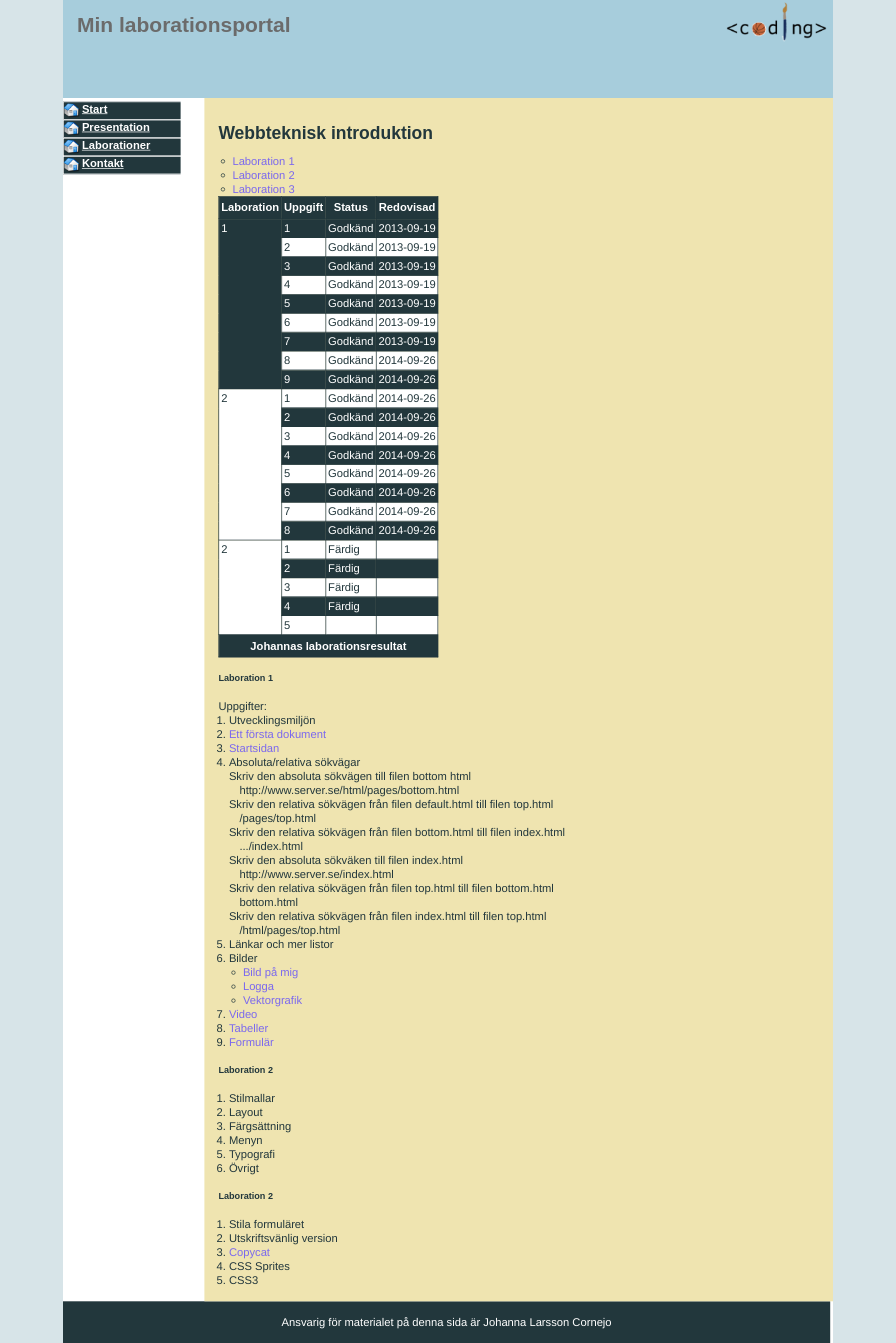
Repository: jc222fi/1ik415-laborationer
Page: pages/laborationer.html
The author's editor kept a record of every edit. The page is drawn from the files as they stood at one moment, then again after the next edit.
The browser window is 1280 px wide. The pictures show the whole page, at 70% of full size.

Above is the page before.

### pages/laborationer.html
<!doctype html>
<html>
    <head>
        <meta charset="utf-8" />
        <meta name="viewport" content="width=device-width, initial-scale=1.0" />
        <title>Laborationer</title>
        <!-- Screen > 480px -->
        <link rel="stylesheet" media="screen and (min-width: 481px)" href="../css/style.css" />
        <!-- Smartphones <= 480px -->
        <link rel="stylesheet" media="only screen and (max-width: 480px)" href="../css/smartphone.css" />
        <link rel="stylesheet" media="print" href="../css/print.css" />
    </head>
    <body>
    <div id="container">
        <div id="header">
            <header>
                <h1 id="laborationer">Min laborationsportal</h1>
            </header>
        </div>
        <div id="nav">
            <ul>
                <li><a href="../index.html" id="index">Start</a></li>
                <li><a href="presentation.html" id="pres">Presentation</a></li>
                <li><a href="#laborationer" class="active" id="lab">Laborationer</a></li>
                <li><a href="kontakt.html" id="kontakt">Kontakt</a></li>
            </ul>
        </div>
        <div id="content">
        <h2>Webbteknisk introduktion</h2>
        <ul class="laborationer" id="tabell">
            <li><a href="#lab1">Laboration 1</a></li>
            <li><a href="#lab2">Laboration 2</a></li>
            <li><a href="#lab3">Laboration 3</a></li>
        </ul>
        <table>
            <thead id="table">
                <tr>
                    <th>Laboration</th>
                    <th>Uppgift</th>
                    <th>Status</th>
                    <th>Redovisad</th>
                </tr>
            </thead>
            <tfoot>
                <tr>
                    <td colspan="4">Johannas laborationsresultat</td>
                </tr>
            </tfoot>
            <tbody>
                <tr>
                    <td rowspan="9">1</td>
                    <td>1</td>
                    <td>Godkänd</td>
                    <td>2013-09-19</td>
                </tr>
                <tr>
                    <td>2</td>
                    <td>Godkänd</td>
                    <td>2013-09-19</td>
                </tr>
                <tr>
                    <td>3</td>
                    <td>Godkänd</td>
                    <td>2013-09-19</td>
                </tr>
                <tr>
                    <td>4</td>
                    <td>Godkänd</td>
                    <td>2013-09-19</td>
                </tr>
                <tr>
                    <td>5</td>
                    <td>Godkänd</td>
                    <td>2013-09-19</td>
                </tr>
                <tr>
                    <td>6</td>
                    <td>Godkänd</td>
                    <td>2013-09-19</td>
                </tr>
                <tr>
                    <td>7</td>
                    <td>Godkänd</td>
                    <td>2013-09-19</td>
                </tr>
                <tr>
                    <td>8</td>
                    <td>Godkänd</td>
                    <td>2014-09-26</td>
                </tr>
                <tr>
                    <td>9</td>
                    <td>Godkänd</td>
                    <td>2014-09-26</td>
                </tr>
                <tr>
                    <td rowspan="8">2</td>
                    <td>1</td>
                    <td>Godkänd</td>
                    <td>2014-09-26</td>
                </tr>
                <tr>
                    <td>2</td>
                    <td>Godkänd</td>
                    <td>2014-09-26</td>
                </tr>
                <tr>
                    <td>3</td>
                    <td>Godkänd</td>
                    <td>2014-09-26</td>
                </tr>
                <tr>
                    <td>4</td>
                    <td>Godkänd</td>
                    <td>2014-09-26</td>
                </tr>
                <tr>
                    <td>5</td>
                    <td>Godkänd</td>
                    <td>2014-09-26</td>
                </tr>
                <tr>
                    <td>6</td>
                    <td>Godkänd</td>
                    <td>2014-09-26</td>
                </tr>
                <tr>
                    <td>7</td>
                    <td>Godkänd</td>
                    <td>2014-09-26</td>
                </tr>
                <tr>
                    <td>8</td>
                    <td>Godkänd</td>
                    <td>2014-09-26</td>
                </tr>
                <tr>
                    <td rowspan="5">2</td>
                    <td>1</td>
                    <td>Färdig</td>
                    <td></td>
                </tr>
                <tr>
                    <td>2</td>
                    <td>Färdig</td>
                    <td></td>
                </tr>
                <tr>
                    <td>3</td>
                    <td>Färdig</td>
                    <td></td>
                </tr>
                <tr>
                    <td>4</td>
                    <td>Färdig</td>
                    <td></td>
                </tr>
                <tr>
                    <td>5</td>
                    <td></td>
                    <td></td>
                </tr>
            </tbody>
        </table>
        <h3 id="lab1">Laboration 1</h3>
        <p>Uppgifter:</p>
        <ol>
            <li>Utvecklingsmiljön</li>
            <li><a href="presentation.html">Ett första dokument</a></li>
            <li><a href="../index.html">Startsidan</a></li>
            <li>Absoluta/relativa sökvägar<dl>
                    <dt>Skriv den absoluta sökvägen till filen bottom html</dt>
                    <dd>http://www.server.se/html/pages/bottom.html</dd>
                    <dt>Skriv den relativa sökvägen från filen default.html till filen top.html</dt>
                    <dd>/pages/top.html</dd>
                    <dt>Skriv den relativa sökvägen från filen bottom.html till filen index.html</dt>
                    <dd>.../index.html</dd>
                    <dt>Skriv den absoluta sökväken till filen index.html</dt>
                    <dd>http://www.server.se/index.html</dd>
                    <dt>Skriv den relativa sökvägen från filen top.html till filen bottom.html</dt>
                    <dd>bottom.html</dd>
                    <dt>Skriv den relativa sökvägen från filen index.html till filen top.html</dt>
                    <dd>/html/pages/top.html</dd>
                </dl></li>
            <li>Länkar och mer listor</li>
            <li>Bilder
                <ul class="laborationer">
                    <li><a href="presentation.html#jag.jpg">Bild på mig</a></li>
                    <li><a href="../pics/logo.png">Logga</a></li>
                    <li><a href="../index.html#vektorbild">Vektorgrafik</a></li>
                </ul>
            </li>

            <li><a href="../index.html#video">Video</a></li>
            <li><a href="#tabell">Tabeller</a></li>
            <li><a href="kontakt.html">Formulär</a></li>
        </ol>
        <h3 id="lab2">Laboration 2</h3>
        <ol>
            <li>Stilmallar</li>
            <li>Layout</li>
            <li>Färgsättning</li>
            <li>Menyn</li>
            <li>Typografi</li>
            <li>Övrigt</li>
        </ol>
        <h3 id="lab2">Laboration 2</h3>
        <ol>
            <li>Stila formuläret</li>
            <li>Utskriftsvänlig version</li>
            <li><a href="https://preview.c9.io/jc222fi/uppgift-3-3/index.html?_c9_id=livepreview0&_c9_host=https://ide.c9.io#">Copycat</a></li>
            <li>CSS Sprites</li>
            <li>CSS3</li>
        </ol>
        </div>
        <div id="footer">
            <footer>
                <p>Ansvarig för materialet på denna sida är Johanna Larsson Cornejo</p>
            </footer>
        </div>
    </div>
    </body>
</html>

### css/style.css
/* http://meyerweb.com/eric/tools/css/reset/
   v2.0 | 20110126
   License: none (public domain)
*/

html, body, div, span, applet, object, iframe,
h1, h2, h3, h4, h5, h6, p, blockquote, pre,
a, abbr, acronym, address, big, cite, code,
del, dfn, em, img, ins, kbd, q, s, samp,
small, strike, strong, sub, sup, tt, var,
b, u, i, center,
dl, dt, dd, ol, ul, li,
fieldset, form, label, legend,
table, caption, tbody, tfoot, thead, tr, th, td,
article, aside, canvas, details, embed,
figure, figcaption, footer, header, hgroup,
menu, nav, output, ruby, section, summary,
time, mark, audio, video {
	margin: 0;
	padding: 0;
	border: 0;
	font-size: 100%;
	font: inherit;
	vertical-align: baseline;
}/*Layout*/
#container{
	width:1100px;
	max-width:100%;
	margin:0 auto;
}
#header{
	height:100px;
}
#nav{
   float:left;
   width:168px;
   max-width:18%;
	margin-top:5px;
}
#content{
	float:right;
	width:920px;
	max-width:78%;
}
#footer{
	clear:both;
	max-width:96%;
	width:1100px;
	padding:20px;
}

/*
Background body:#D7E4E8
Background container: #FFFFFF
Background header: #A7CDDC
Background nav: #381B43
Background content: #EFE4B0
Background footer:#22373C
Text colour: #22373C
*/

body{
	background-color:#D7E4E8;

}
#container{
	background-color:#FFFFFF;
}
#header{
	background-color:#A7CDDC;
	color:#6B6B6B;
	background-image:url("pics/logo.png");
	background-position:right top;
	background-repeat:no-repeat;
	font-family:Arial, Gadget, sans-serif;
	font-size:30px;
	font-weight:bolder;
	padding:20px;
}

	/*h1{
		color:#6B6B6B;
		font-family:Arial, Gadget, sans-serif;
		font-size:30px;
		font-weight:bolder;
		padding-bottom:20px;
	}*/
#nav{
	background-color:#22373C;
}
	#nav a{
		display:block;
		width:100%;
		height:24px;
		border:1px solid white;
		background-image:url(pics/sprite.png);
		background-repeat:no-repeat;
		text-indent:26px;
		color:white;
	}
	#index a:link{background-position:0 -48px;text-decoration:none;}
	#index a:hover{background-position:0 0;background-color:white;text-decoration:underline;color:black;}
	#index a.active{background-position:0 0;background-color:white;text-decoration:underline;color:black;}

	#pres a:link{background-position:0 -240px;text-decoration:none;}
	#pres a:hover{background-position:0 -192px;background-color:white;text-decoration:underline;color:black;}
	#pres a.active{background-position:0 -192px;background-color:white;text-decoration:underline;color:black;}

	#lab a:link{background-position:0 -144px;text-decoration:none;}
	#lab a:hover{background-position:0 -96px;background-color:white;text-decoration:underline;color:black;}
	#lab a.active{background-position:0 -96px;background-color:white;text-decoration:underline;color:black;}

	#kontakt a:link{background-position:0 -336px;text-decoration:none;}
	#kontakt a:hover{background-position:0 -288px;background-color:white;text-decoration:underline;color:black;}
	#kontakt a.active{background-position:0 -288px;background-color:white;text-decoration:underline;color:black;}
	#nav li{
		font-family:Arial, Gadget, sans-serif;
		font-weight:bolder;
	}
		/*Länkar i menyn*/
		/*#nav a:link{background-color:#381B43; text-decoration:none;}
		#nav a:visited{background-color:#7F7F7F;text-decoration:none;}
		#nav a:focus{background-color:white;text-decoration:underline;color:black;}
		#nav a:hover{background-color:white;text-decoration:underline;color:black;}
		#nav a.active{background-color:#22373C;text-decoration:none;}
		#nav li{
		   font-family:Arial, Gadget, sans-serif;
			font-weight:bolder;
		}*/

#content{
	padding:20px;
	background-color:#EFE4B0;
	color:#22373C;
}
	/*Text och stil på mina rubriker*/
	h2, h3, h4, legend{
		font-family:Arial, Gadget, sans-serif;
		font-weight:bold;
		line-height:60px;
	}
		h2{
			font-size:25px;
		}
		h3, h4{
			font-size:small;
		}
	/*Mer övergripande text och stil*/
	#strong, p, li, table, dl, form{
		font-family:Helvetica, Verdana, sans-serif;
		line-height:20px;
	}
	p p{
		margin-top:50px;
	}
	img, video{
		max-width:100%;
	}
	img.right, video.right{
		float:right;
	}
	#strong{
		font-style:italic;
	}
	/*Överskrift och signatur på mina blogginlägg*/
	.post, p em{
		font-family:"Comic Sans MS", cursive, sans-serif;
	}
		/*Bild lånad från http://www.skolbilder.com/Malarbild-blaeckpenna-i19373.html som uttryckligen
		säger att samtliga bilder får användas i privat, edukativt, icke-kommersiellt syfte*/
		#content h2.post{
			background-image:url("pics/bleckpenna.png");
			background-position:left top;
			background-repeat:no-repeat;
			text-indent:50px;
		}
	/*Signatur på mina blogginlägg*/
	p em{
		font-style:italic;
		color:#8B4513;
	}
	/*Tabell*/
	table, th, td{
		border:1px solid #22373C;
		padding:3px;
	}
	thead, tfoot{
		font-family:Arial, Gadget, sans-serif;
		font-weight:bold;
		line-height:25px;
		text-align:center;
	}
		tr:nth-of-type(odd){
			background-color:#22373C;
			color:white;
		}
		tr:nth-of-type(even){
			background-color:white;
		}
	/*Övriga länkar som inte är del av menyn*/
	#content a:link{color:#7B68EE; text-decoration:none;}
	#content a:visited{color:#8B0000; text-decoration:none;}
	#content a:focus{color:#778899; text-decoration:underline;}
	#content a:hover{color:#778899; text-decoration:underline;}
	#content a:active{color:white; text-decoration:none;}
	/*Formulär*/
	fieldset{
		border:1px solid #22373C;
		padding:10px;
		width:600px;
	}
	legend{
		padding:2px;
	}
	.label{
   	display: inline-block;
   	width: 170px;
   	text-align: left;
   	margin-right: 10px;
	}
	/*Listor exklusive menyn*/
	#content ul li{
		margin-left:20px;
		list-style-type:circle;
	}
	#content dd{
		text-indent:15px;
	}
	#content .laborationer{
		list-style-type:none;
	}
	ol li{
		margin-left:15px;
		list-style-type:decimal;
	}

#footer{
	background-color:#22373C;
	color:#FFFFFF;
	text-align:center;
}


/* HTML5 display-role reset for older browsers */
article, aside, details, figcaption, figure,
footer, header, hgroup, menu, nav, section {
	display: block;
}
body {
	line-height: 1;
}
ol, ul {
	list-style: none;
}
blockquote, q {
	quotes: none;
}
blockquote:before, blockquote:after,
q:before, q:after {
	content: '';
	content: none;
}
table {
	border-collapse: collapse;
	border-spacing: 0;
}

### css/smartphone.css
/*Layout*/
div{
    display:block;
}
#container{
    max-width:100%;
    width:340px;
	margin:5px auto;
}
#header{
	height:100px;
}
#nav{
    max-width:100%;
    width:360px;
	margin-top:5px;
}
#content{
	max-width:100%;
	margin-top:5px;
}
#footer{
	clear:both;
	width:96%;
	max-width:320px;
	padding:10px;
}

/*
Background body:#D7E4E8
Background container: #FFFFFF
Background header: #A7CDDC
Background nav: #381B43
Background content: #EFE4B0
Background footer:#22373C
Text colour: #22373C
*/

body{
	background-color:#D7E4E8;

}
#container{
	background-color:#FFFFFF;
}
#header{
	background-color:#A7CDDC;
	color:#6B6B6B;
	background-image:url("pics/logo.png");
	background-position:center top;
	background-repeat:no-repeat;
	font-family:Arial, Gadget, sans-serif;
	font-size:10px;
	font-weight:bolder;
	padding:20px;
}
    #header h1{
        margin-top:40px;
    }
#nav{
	background-color:#22373C;
}
	#nav ul{
	    list-style-type:none;
	}
	#nav li{
		font-family:Arial, Gadget, sans-serif;
		font-weight:bolder;
		margin-left:-40px;
	}
	#nav a{
	    display:block;
		/*width:347px;*/
		max-width:100%;
		height:24px;
		border:1px solid white;
		background-image:url(pics/sprite.png);
		background-repeat:no-repeat;
		text-indent:26px;
		padding-left:2px;
		color:white;
	}
	#index a:link{background-position:0 -48px;text-decoration:none;}
	#index a:hover{background-position:0 0;background-color:white;text-decoration:underline;color:black;}
	#index a.active{background-position:0 0;background-color:white;text-decoration:underline;color:black;}

	#pres a:link{background-position:0 -240px;text-decoration:none;}
	#pres a:hover{background-position:0 -192px;background-color:white;text-decoration:underline;color:black;}
	#pres a.active{background-position:0 -192px;background-color:white;text-decoration:underline;color:black;}

	#lab a:link{background-position:0 -144px;text-decoration:none;}
	#lab a:hover{background-position:0 -96px;background-color:white;text-decoration:underline;color:black;}
	#lab a.active{background-position:0 -96px;background-color:white;text-decoration:underline;color:black;}

	#kontakt a:link{background-position:0 -336px;text-decoration:none;}
	#kontakt a:hover{background-position:0 -288px;background-color:white;text-decoration:underline;color:black;}
	#kontakt a.active{background-position:0 -288px;background-color:white;text-decoration:underline;color:black;}

#content{
	padding:10px;
	background-color:#EFE4B0;
	color:#22373C;
}
	/*Text och stil på mina rubriker*/
	h2, h3, h4, legend{
		font-family:Arial, Gadget, sans-serif;
		font-weight:bold;
		line-height:30px;
	}
		h2{
			font-size:25px;
		}
		h3, h4{
			font-size:small;
		}
	/*Mer övergripande text och stil*/
	#strong, p, li, table, dl, form{
		font-family:Helvetica, Verdana, sans-serif;
		line-height:20px;
	}
	img, video{
		max-width:100%;
	}
	#strong{
		font-style:italic;
	}
	/*Överskrift och signatur på mina blogginlägg*/
	.post, p em{
		font-family:"Comic Sans MS", cursive, sans-serif;
	}

	/*Signatur på mina blogginlägg*/
	p em{
		font-style:italic;
		color:#8B4513;
	}
	/*Tabell*/
	table, th, td{
		border-collapse:collapse;
		border:1px solid #22373C;
		padding:3px;
	}
	thead, tfoot{
		font-family:Arial, Gadget, sans-serif;
		font-weight:bold;
		line-height:25px;
		text-align:center;
	}
		tr:nth-of-type(odd){
			background-color:#22373C;
			color:white;
		}
		tr:nth-of-type(even){
			background-color:white;
		}
	/*Övriga länkar som inte är del av menyn*/
	#content a:link{color:#7B68EE; text-decoration:none;}
	#content a:visited{color:#8B0000; text-decoration:none;}
	#content a:focus{color:#778899; text-decoration:underline;}
	#content a:hover{color:#778899; text-decoration:underline;}
	#content a:active{color:white; text-decoration:none;}

Loaded but not shown: css/print.css (no copy from this time; the picture is the same without it)

After the next edit:
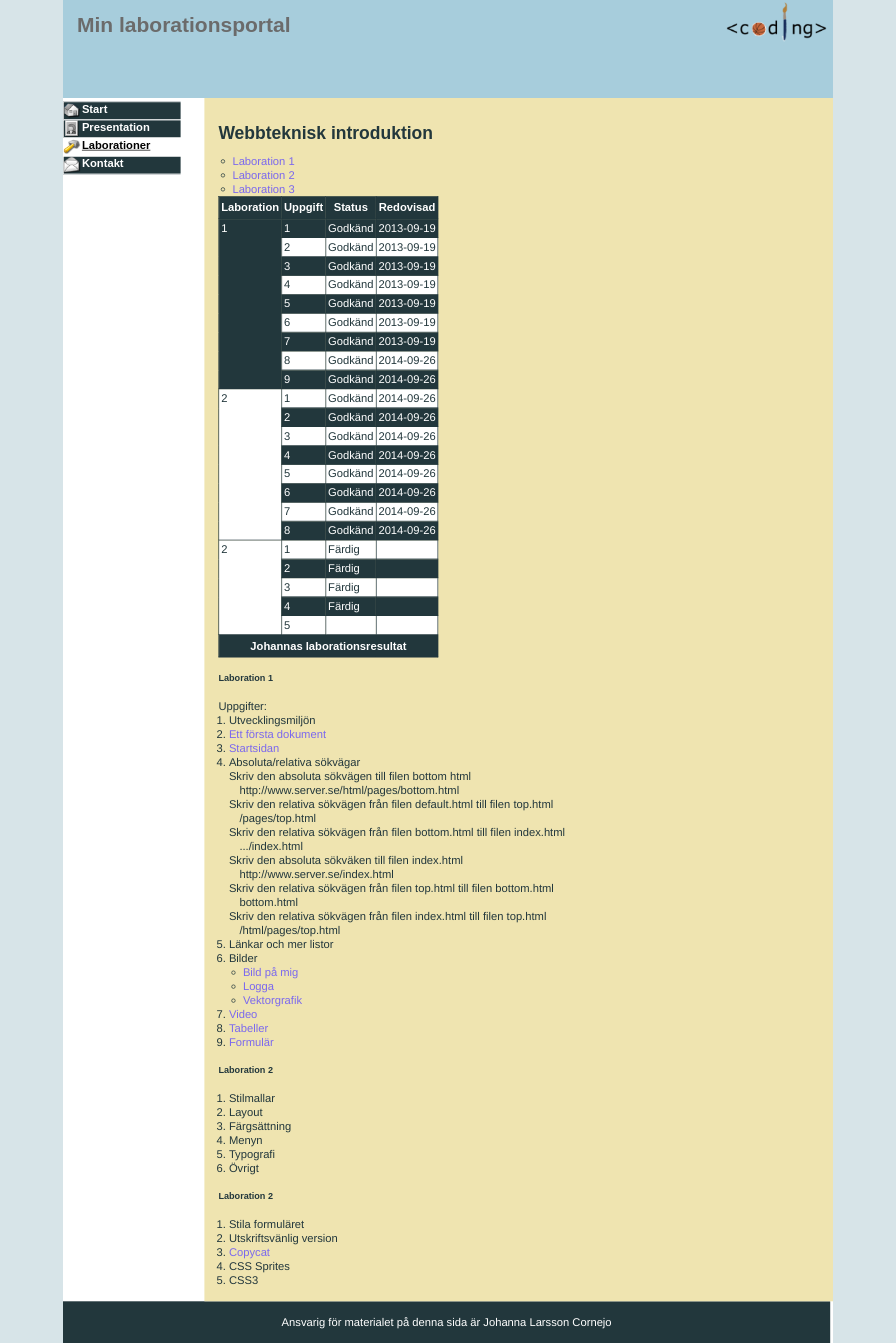
The edit:
--- a/pages/laborationer.html
+++ b/pages/laborationer.html
@@ -19,10 +19,10 @@
         </div>
         <div id="nav">
             <ul>
-                <li><a href="../index.html" id="index">Start</a></li>
-                <li><a href="presentation.html" id="pres">Presentation</a></li>
-                <li><a href="#laborationer" class="active" id="lab">Laborationer</a></li>
-                <li><a href="kontakt.html" id="kontakt">Kontakt</a></li>
+                <li id="index"><a href="../index.html">Start</a></li>
+                <li id="pres"><a href="presentation.html">Presentation</a></li>
+                <li id="lab"><a href="#laborationer" class="active">Laborationer</a></li>
+                <li id="kontakt"><a href="kontakt.html">Kontakt</a></li>
             </ul>
         </div>
         <div id="content">
